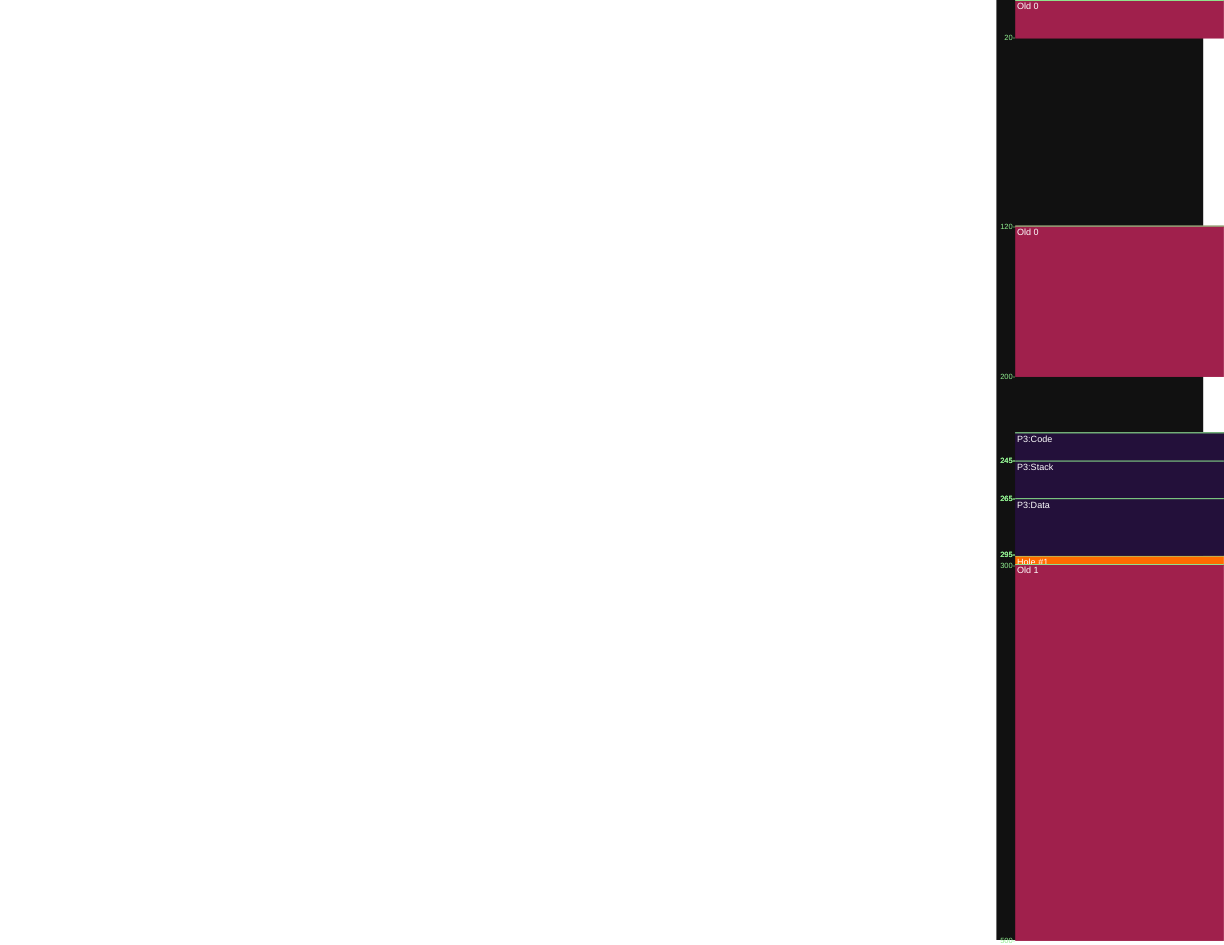
Repository: atout811/memory-allocation-project
Page: /#/final
These files come from the project's save history. The page is drawn as it stood at one moment and after the next save; the edit follows.
The browser window is 1280 px wide. The page is 1302 px wide, so the pictures cover 1302 px, including what lies to the right of the window. The pictures show the whole page, at 94% of full size.
The project was rebuilt for these pictures with package versions that can differ from the ones it lists, and the page was loaded fresh each time. Also part of the build but not shown: src/views/MemoryAndHoles.vue, src/views/Process.vue, src/views/Methods.vue.

Above is the page before, as saved 2021-06-09 21:52:43.

### src/App.vue
<template>
  <router-view v-slot="{ Component }">
    <transition name="fade" mode="out-in">
      <component :is="Component" />
    </transition>
  </router-view>
</template>
<script>
import MemHole from "./views/MemoryAndHoles.vue";
export default {
  name: "App",
  components: { MemHole },
};
</script>
<style lang="scss">
#app {
  font-family: Avenir, Helvetica, Arial, sans-serif;
  -webkit-font-smoothing: antialiased;
  -moz-osx-font-smoothing: grayscale;
  text-align: center;
  color: #2c3e50;
  display: flex;
  flex-direction: column;
  align-items: center;
}
a {
  font-weight: bold;
  color: #42b983;

  &.router-link-exact-active {
    color: #42b983;
  }
}
.fade-enter-active,
.fade-leave-active {
  transition: opacity 0.5s ease;
}
.fade-enter-from, .fade-leave-to /* .fade-leave-active below version 2.1.8 */ {
  opacity: 0;
}
</style>

### src/router/index.js
import { createRouter, createWebHashHistory } from "vue-router";
import Process from "../views/Process";
import MemoryAndHoles from "../views/MemoryAndHoles";
import Methods from "../views/Methods";
import Final from "../views/Final";

const routes = [
  {
    path: "/",
    name: "Home",
    component: MemoryAndHoles,
  },
  {
    path: "/process",
    name: "Process",
    component: Process,
  },
  {
    path: "/methods",
    name: "Methods",
    component: Methods,
  },
  {
    path: "/final",
    name: "Final",
    component: Final,
  },
];

const router = createRouter({
  history: createWebHashHistory(),
  routes,
});

export default router;

### src/store/index.js
import { createStore } from "vuex";

export default createStore({
  state: {
    input: {
      memSize: 500,
      Holes: [
        { starting: 20, size: 100 },
        { starting: 200, size: 100 },
      ],
      Processes: [
        // {
        //   name: "P0",
        //   segments: [
        //     { name: "code", size: 10 },
        //     { name: "stack", size: 20 },
        //     { name: "data", size: 20 },
        //   ],
        // },
        {
          name: "P1",
          segments: [
            { name: "code", size: 15 },
            { name: "stack", size: 20 },
            { name: "data", size: 30 },
          ],
        },
        {
          name: "P2",
          segments: [
            { name: "code", size: 15 },
            { name: "stack", size: 20 },
            { name: "data", size: 30 },
          ],
        },
        {
          name: "P3",
          segments: [
            { name: "code", size: 15 },
            { name: "stack", size: 20 },
            { name: "data", size: 30 },
          ],
        },
      ],
      Method: "first-fit",
    },
  },
  mutations: {},
  actions: {},
  modules: {},
});

### src/views/Final.vue
<template>
  <div class="memory"></div>
</template>

<script>
export default {
  name: "Final",

  data() {
    return {
      data: this.$store.state.input,
    };
  },
  mounted: function () {
    const memory = document.querySelector(".memory");
    const scale = 2;

    let holes = this.data.Holes.map((item) => [item.starting, item.size]);
    let totalMemorySize = this.data.memSize;
    function orderHoles() {
      holes = holes.sort((a, b) => a[0] - b[0]);
    }
    function renderMemory() {
      memory.style.height = `${totalMemorySize * scale}px`;
    }
    renderMemory();
    let obj = {};
    let test = this.data.Processes.map((item) => [
      null,
      item.segments.forEach((el) => {
        obj[el.name] = [Number(el.size)];
      }),
      item.name,
    ]);
    console.log("testoooooo: ", test);
    let processes = test.map((item) => [null, obj, item[2]]);
    let OldProcess = [];

    function generateOldProcess() {
      const firstHoleStart = holes[0][0];

      if (firstHoleStart > 0) OldProcess.push([0, firstHoleStart, `old ${0}`]);

      for (let h = 0; h < holes.length; h++) {
        const holeStart = holes[h][0];
        const HoleSize = holes[h][1];
        const HoleEnd = holeStart + HoleSize;

        if (h === holes.length - 1) {
          const lastHole = totalMemorySize - HoleEnd;
          if (HoleEnd < totalMemorySize)
            OldProcess.push([HoleEnd, lastHole, `old ${h}`]);
        } else {
          const nextStart = holes[h + 1][0];
          OldProcess.push([HoleEnd, nextStart - HoleEnd, `old ${h}`]);
        }
      }
    }
    // alert(holes[0][0])
    function renderHoles(type, holes) {
      // holes ==>
      for (let hole = 0; hole < holes.length; hole += 1) {
        const startingIndex = holes[hole][0];
        const size = holes[hole][1];

        // alert(hole)
        const holeBox = document.createElement("div");
        if (type === "old") {
          holeBox.innerText = holes[hole][2];
          holeBox.classList.add("oldProcess");
        } else if (type === "hole") {
          holeBox.innerText = "Hole #" + hole;
          holeBox.classList.add("hole");
        } else if (type === "process") {
          holeBox.innerText = holes[hole][2];
          holeBox.classList.add("process");
        }

        holeBox.style.top = `${startingIndex * scale}px`;
        holeBox.style.height = `${size * scale}px`;
        const endSize = document.createElement("span");
        const endSizeContainer = document.createElement("div");
        endSizeContainer.classList.add("endSizeContainer");
        endSizeContainer.appendChild(endSize);
        endSize.innerText = startingIndex + size;

        endSize.classList.add("holeEndIndex");
        if (startingIndex !== null) {
          holeBox.appendChild(endSizeContainer);
          memory.appendChild(holeBox);
        } else {
          // ERROR THE PROCESS CAN'T BE ALLOCATED
        }
      }
    }

    const totalProcessSize = (process) =>
      Object.values(process).reduce((prev, acc) => prev + acc);

    function allocate() {
      for (let p = 0; p < processes.length; p++) {
        // DON'T TOUCH MY SHIT 😡😡😡
        firstFit(processes[p]);
        // bestFit(processes[p])
      }
    }
    // function bestFit(p){
    //     // Allocate in the smallest hole
    //     const segments=p[1]
    //     let tempHoles =JSON.parse(JSON.stringify(holes));
    //     Object.entries(segments).forEach(
    //         ([name, value]) =>{
    //             tempHoles.every((hole,index)=>{
    //                 const [holeStart,holeSize] = hole
    //                 let  [size,segmentStartingIndex]=value
    //                 if(size<= holeSize){
    //                     value[1] =  tempHoles[index][0]
    //                     const segEnd = size+holeStart
    //                     tempHoles[index][0] = segEnd
    //                     tempHoles[index][1]= tempHoles[index][1] - size
    //                     return false
    //                 }else{
    //                     if(index===tempHoles.length-1){
    //                         //😞 مش لاقي مكان
    //                          isAllProcessAllocated = false
    //                         console.log("CATCH",p)
    //                         p[0]=true
    //                     }
    //                     return true
    //                 }
    //             })
    //         }
    //     );
    //     if( isAllProcessAllocated)
    //         holes = tempHoles
    // }

    function firstFit(p) {
      // forEach segment loop over the holes
      // create a temp allocation array
      // that array
      // const size =totalProcessSize

      const segments = p[1];
      let isAllProcessAllocated = true;
      let tempHoles = JSON.parse(JSON.stringify(holes));

      // tempHoles  = []
      // holes=tempHoles
      Object.entries(segments).forEach(([name, value]) => {
        // isAllProcessAllocated = true
        tempHoles.every((hole, index) => {
          const [holeStart, holeSize] = hole;
          let [size, segmentStartingIndex] = value;
          if (size <= holeSize) {
            value[1] = tempHoles[index][0];
            const segEnd = size + holeStart;
            tempHoles[index][0] = segEnd;
            tempHoles[index][1] = tempHoles[index][1] - size;
            return false;
          } else {
            if (index === tempHoles.length - 1) {
              //😞 مش لاقي مكان
              isAllProcessAllocated = false;
              console.log("CATCH", p);
              p[0] = true;
            }
            return true;
          }
        });
        console.log("hooooooooooolesss", segments);
      });
      if (isAllProcessAllocated) {
        console.log("FFF", p);
        holes = tempHoles;
      }
    }

    function renderProcess() {
      processes.forEach((p) => {
        // if(accumalatedStartingIndex!==undefined){

        // loop over segments:
        if (!p[0]) {
          Object.keys(p[1]).forEach((s) => {
            console.log("SEGMEMT", [p[1][s][1], [p[1][s]][0]]);
            renderHoles("process", [[p[1][s][1], p[1][s][0], `${p[2]}:${s}`]]);
            // accumalatedStartingIndex+=p[1][s]
          });
        }
        // }else{
        // PROCESS CAN NOT BE ALLOCATED (NO ENGOUGH SPACE!)
        // }
      });
    }

    function concateHoles() {
      holes.forEach((h, index) => {
        const [start, size] = h;
        if (index < holes.length - 1) {
          const end = start + size;
          const [nextStart, nextSize] = holes[index + 1];
          if (end >= nextStart) {
            holes[index][1] = nextStart + nextSize - start;
            holes = [...holes.slice(0, index + 1), ...holes.slice(index + 2)];
            concateHoles();
          }
        }
      });
    }

    function deleteProcess(processName, isOld) {
      // create a hole
      let start, ProcessSize, AfterDelete, segments;
      if (isOld) {
        // deleteProcess()
        const processIndex = OldProcess.findIndex((p) => p[2] === processName);
        AfterDelete = [
          ...OldProcess.slice(0, processIndex),
          ...OldProcess.slice(processIndex + 1),
        ];
        // [start,segments,name] =processes[processIndex]
        start = OldProcess[processIndex][0];
        ProcessSize = OldProcess[processIndex][1];

        OldProcess = AfterDelete;
        holes.push([start, ProcessSize]);
      } else {
        const processIndex = processes.findIndex((p) => p[2] === processName);
        console.log("INDDDEX", processIndex);
        AfterDelete = [
          ...processes.slice(0, processIndex),
          ...processes.slice(processIndex + 1),
        ];
        //  recover Holes
        const [starter, segments] = processes[processIndex];
        Object.values(segments).forEach(([size, starting]) => {
          console.log(size, starting);
          holes.push([starting, size]);
        });
        processes = AfterDelete;
      }

      orderHoles();
      concateHoles();
      // [null,{code:10,data:30,stack:16},"p1"]
      render();
    }
    orderHoles();
    concateHoles();
    generateOldProcess();
    // deleteProcess("old 0",true)
    // deleteProcess("old 2",true)
    allocate();

    function clear() {
      while (memory.firstChild) {
        memory.removeChild(memory.lastChild);
      }
    }

    function render() {
      clear();
      renderHoles("hole", holes);
      renderHoles("old", OldProcess);
      renderProcess();
    }
    render();
    // deleteProcess("p2",false)
    // deleteProcess("p1",false)
    // deleteProcess("p4",false)
  },
};
</script>

<style  >
body {
  display: flex;
  flex-direction: column;
  justify-content: right;
  height: 100vh;
  margin: 0;
  font-family: "Courier New", Courier, monospace;
}
h1 {
  color: blueviolet;
}
.memory {
  background-color: #111;
  /* padding: 20px; */
  /* border-radius: 5px; */
  display: flex;
  flex-direction: column;
  width: 200px;
  align-self: flex-end;
  height: 1150px;
  /* top: 5%; */
  position: absolute;
  padding-left: 20px;
}
.hole {
  background-color: #ff6c00;
  /* border: 0.7px solid #0f0; */

  margin-top: 1px;
  /* height: 100px; */
  display: flex;
  /* align-self: center; */
  width: 100%;

  /* align-items: center; */
  /* justify-content: center; */
  position: absolute;
}
.oldProcess {
  background-color: #a0204c;
  /* border: 0.7px solid darkred; */
  display: flex;

  width: 100%;
  position: absolute;
}
.process {
  background-color: #23103a;
  /* border-bottom: 0.7px solid #eae7af; */
  /* border-top: 0.7px solid lightgreen; */
  display: flex;
  width: 100%;
  position: absolute;
}

.hole,
.oldProcess,
.process {
  font-size: 0.6rem;
  text-transform: capitalize;
  padding-left: 2px;
  color: #fff;
  border-top: 0.2px solid lightgreen;
}

.endSizeContainer {
  /* background-color: red !important; */
  width: 20px;
  z-index: 1000;
  color: lightgreen !important;
  color: #ccc;
  font-size: 0.5rem;

  position: absolute;
  top: calc(100% - 5.4px);
  text-align: right;
  display: block;
  left: -20px;
}
.holeEndIndex::after {
  content: "-";
}
</style>

Loaded but not shown: public/index.html (common file); src/main.js (common file)

After the next save:
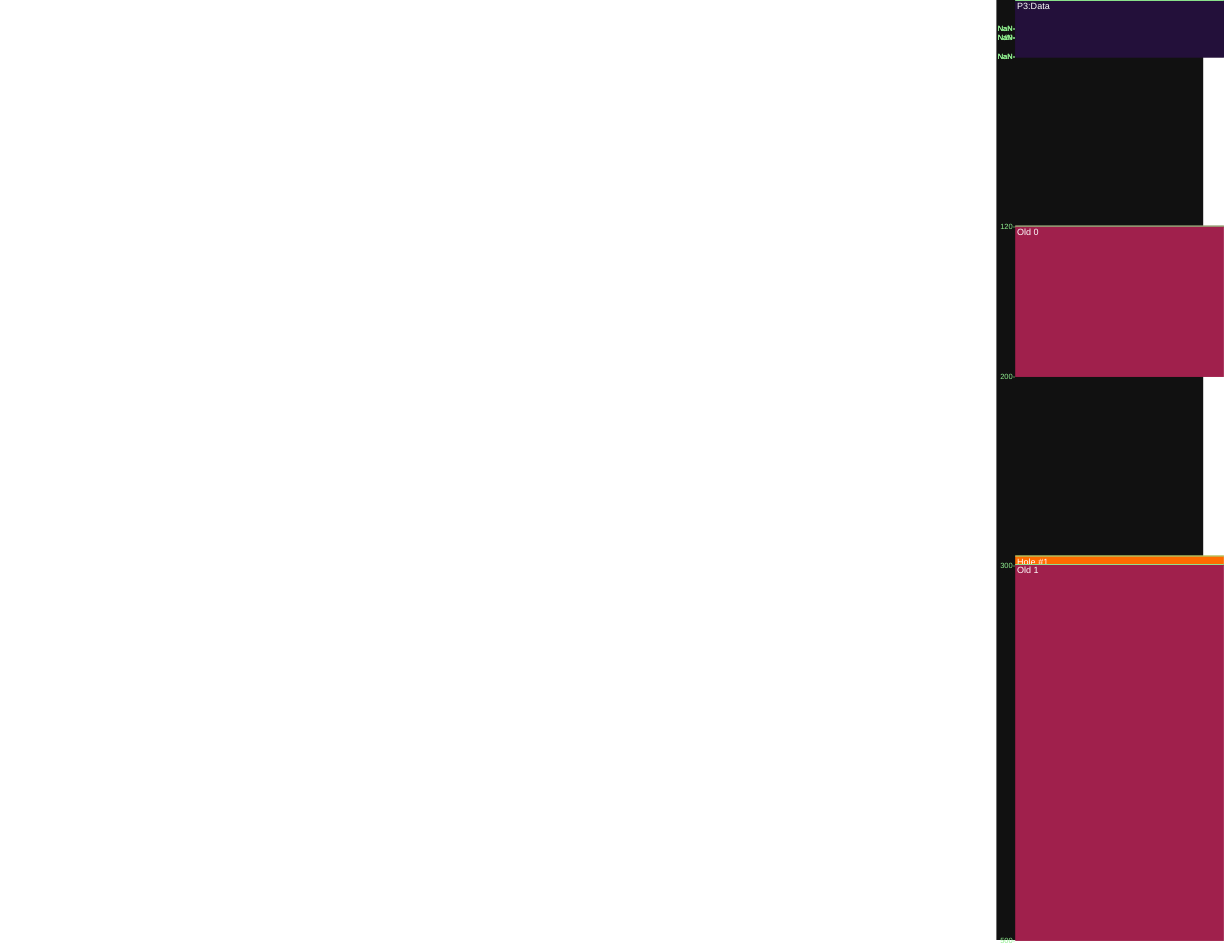
Saved 92 s later.
--- a/src/views/Final.vue
+++ b/src/views/Final.vue
@@ -100,7 +100,8 @@
     function allocate() {
       for (let p = 0; p < processes.length; p++) {
         // DON'T TOUCH MY SHIT 😡😡😡
-        firstFit(processes[p]);
+        let temp = JSON.parse(JSON.stringify(processes[p]));
+        firstFit(temp);
         // bestFit(processes[p])
       }
     }

After the save that followed:
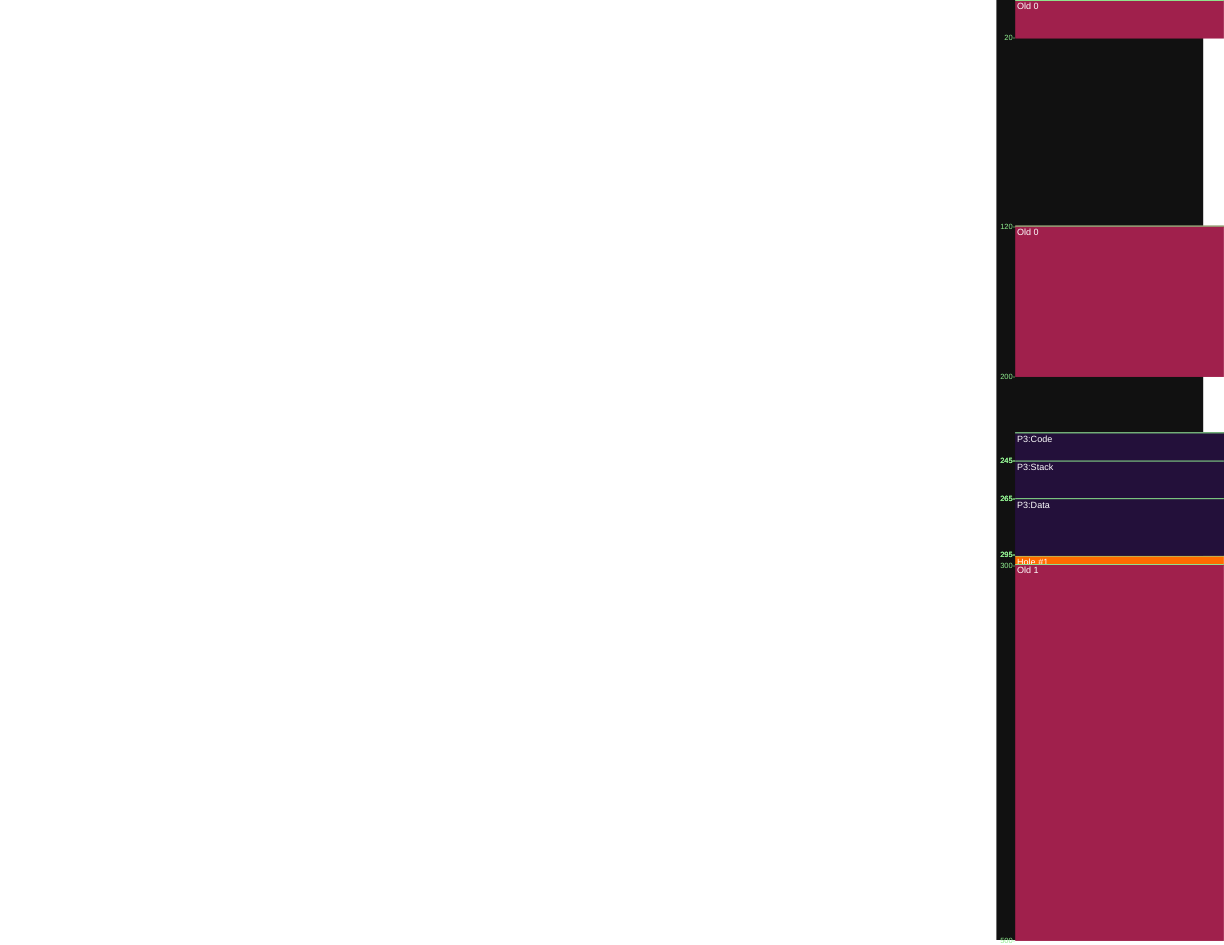
Saved 91 s later.
--- a/src/views/Final.vue
+++ b/src/views/Final.vue
@@ -100,8 +100,7 @@
     function allocate() {
       for (let p = 0; p < processes.length; p++) {
         // DON'T TOUCH MY SHIT 😡😡😡
-        let temp = JSON.parse(JSON.stringify(processes[p]));
-        firstFit(temp);
+        firstFit(processes[p]);
         // bestFit(processes[p])
       }
     }
@@ -154,6 +153,7 @@
           const [holeStart, holeSize] = hole;
           let [size, segmentStartingIndex] = value;
           if (size <= holeSize) {
+            console.log("tempoooo", tempHoles);
             value[1] = tempHoles[index][0];
             const segEnd = size + holeStart;
             tempHoles[index][0] = segEnd;
